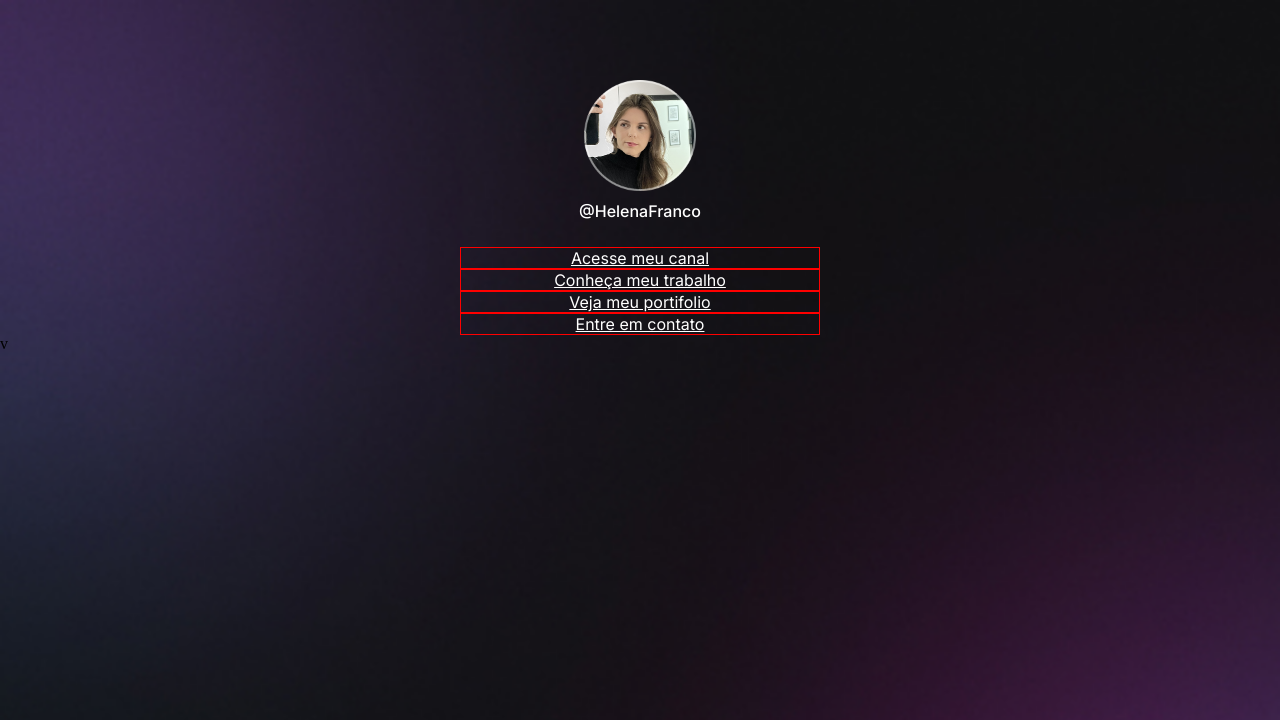
Repository: Fr4nc021/Pagina-de-links-
Page: index.html
An editor plug-in stored every save of this project. The page is shown before and after the next save, followed by the edit.
The browser window is 1280 px wide. The pictures show the whole page.

Above is the page before, as saved 2025-02-10 16:39:14.

### index.html
<!DOCTYPE html>
<html lang="pt-br">
<head>
    <link rel="preconnect" href="https://fonts.googleapis.com">
    <link rel="preconnect" href="https://fonts.gstatic.com" crossorigin>
    <link href="https://fonts.googleapis.com/css2?family=Inter:ital,opsz,wght@0,14..32,100..900;1,14..32,100..900&display=swap" rel="stylesheet">
    <meta charset="UTF-8">
    <meta name="viewport" content="width=device-width, initial-scale=1.0">
    <title>DevLinks</title>
    <link rel="stylesheet" href="style.css">
</head>
<body>
    <div id="container">
    <div id="profile">
    <img
        src="./assets/avatar.png"
        alt="Foto da Helena Franco sorrindo">
        <p>@HelenaFranco</p>
    </div>
    <div>
        <ul>
            <li>
                <a href="#" target="_blank">Acesse meu canal</a>
            </li>
            <li>
                <a href="#" target="_blank">Conheça meu trabalho</a>
            </li>
            <li>
                <a href="#" target="_blank">Veja meu portifolio</a>
            </li>
            <li>
                <a href="#" target="_blank">Entre em contato</a>
            </li>
        </ul>
    </div>
    </div>
</body> v
</html>

### style.css
* {
    margin: 0%;
    padding: 0%;
    box-sizing: border-box;
}


body {
background: url(./assets/bg-mobile.jpg) no-repeat top center/cover;
}

body * {
        font-family: "Inter", sans-serif;
        color: #ffffff
      }

#container {
    width: 360px;
    margin: 56px auto 0px
}

#profile img {
    width: 112px;
    display: block;
    margin: auto;

}

#profile {
    text-align: center;
    padding: 24px;
}

#profile p {
    font-weight: 500;
    line-height: 24px;
    margin-top: 8px;
}

/* Links */

ul{
    list-style: none;
}

ul li a {
        border: 1px solid red;

        display: flex;
        justify-content: center;
}

After the next save:
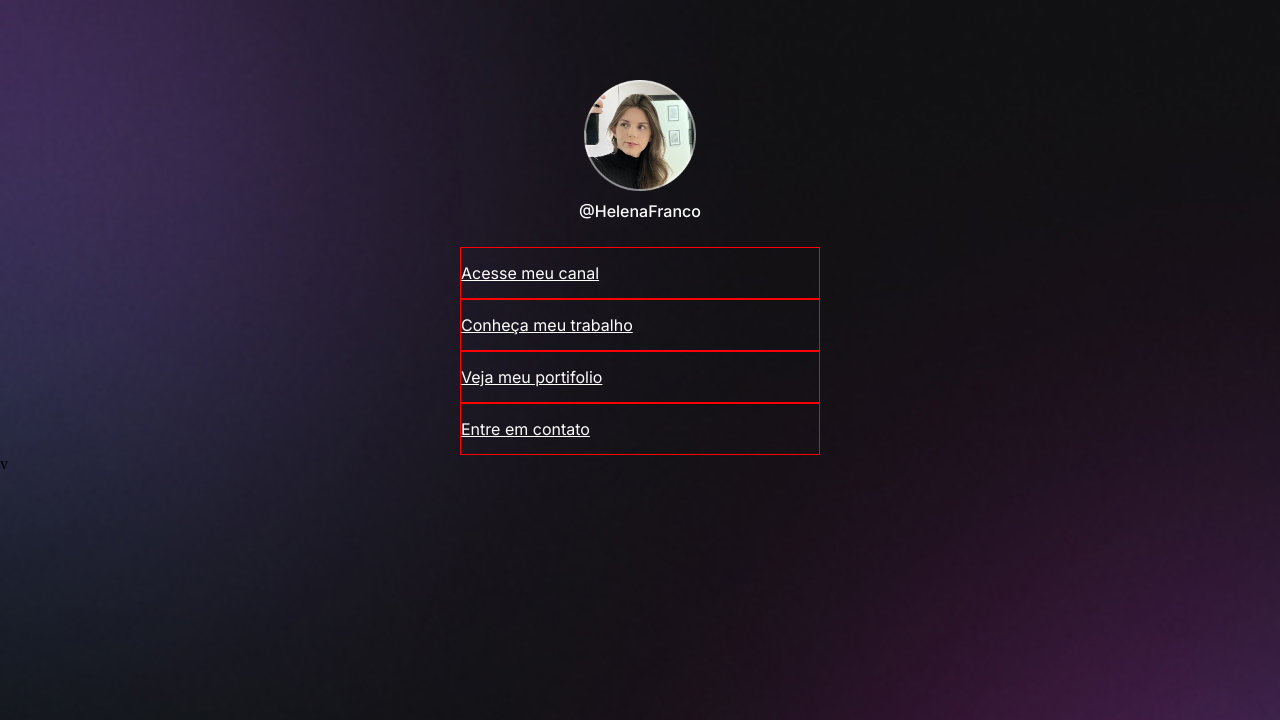
Saved 6 min 16 s later.
--- a/style.css
+++ b/style.css
@@ -47,5 +47,7 @@ ul li a {
         border: 1px solid red;
 
         display: flex;
-        justify-content: center;
+        align-items: center;
+
+        height: 52px;
 }
